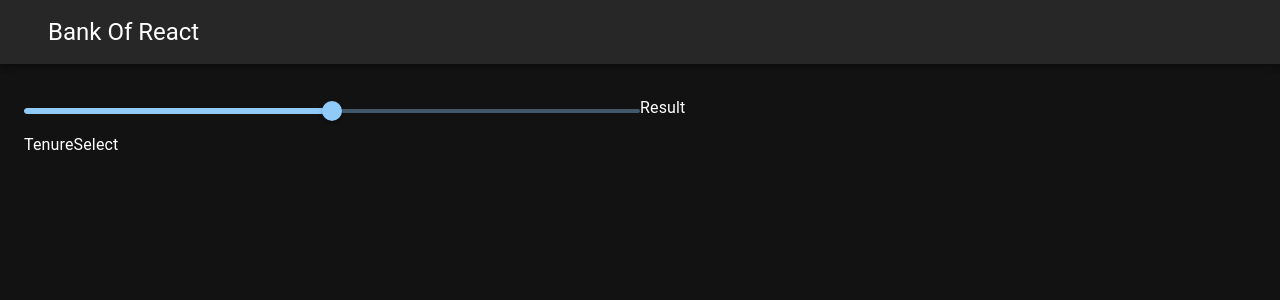
Repository: MikeeBuilds/mortgage-calculator
Page: /
The author's editor kept a copy of each file at every save. The page is drawn from the files as they stood at one save, then again after the next save.
The browser window is 1280 px wide. The pictures show the whole page.
The project was rebuilt for these pictures with package versions that can differ from the ones it lists, and the page was loaded fresh each time.

Above is the page before, as saved 2023-04-03 18:33:22.

After the next save:
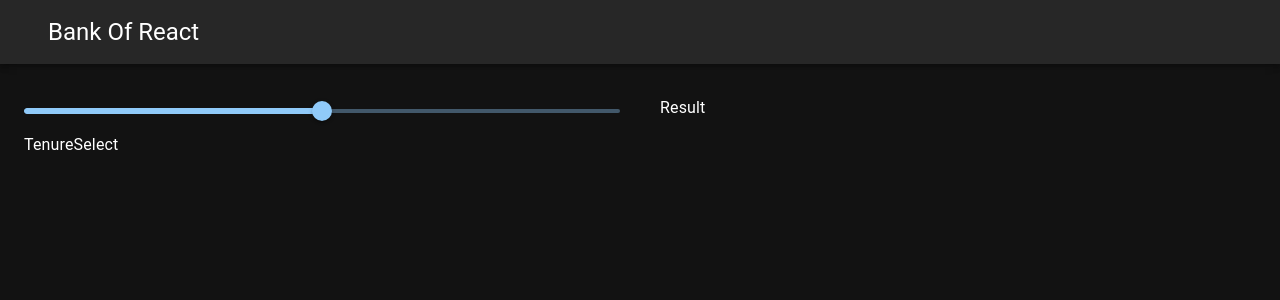
Saved 18 s later.
--- a/src/App.js
+++ b/src/App.js
@@ -10,7 +10,7 @@ function App() {
     <div className="App">
       <Navbar />
       <Container maxWidth="xl" sx={{ marginTop: 4 }}>
-        <Grid container space={5}>
+        <Grid container spacing={5}>
 
           <Grid item md={6}>
             <SliderSelect />
